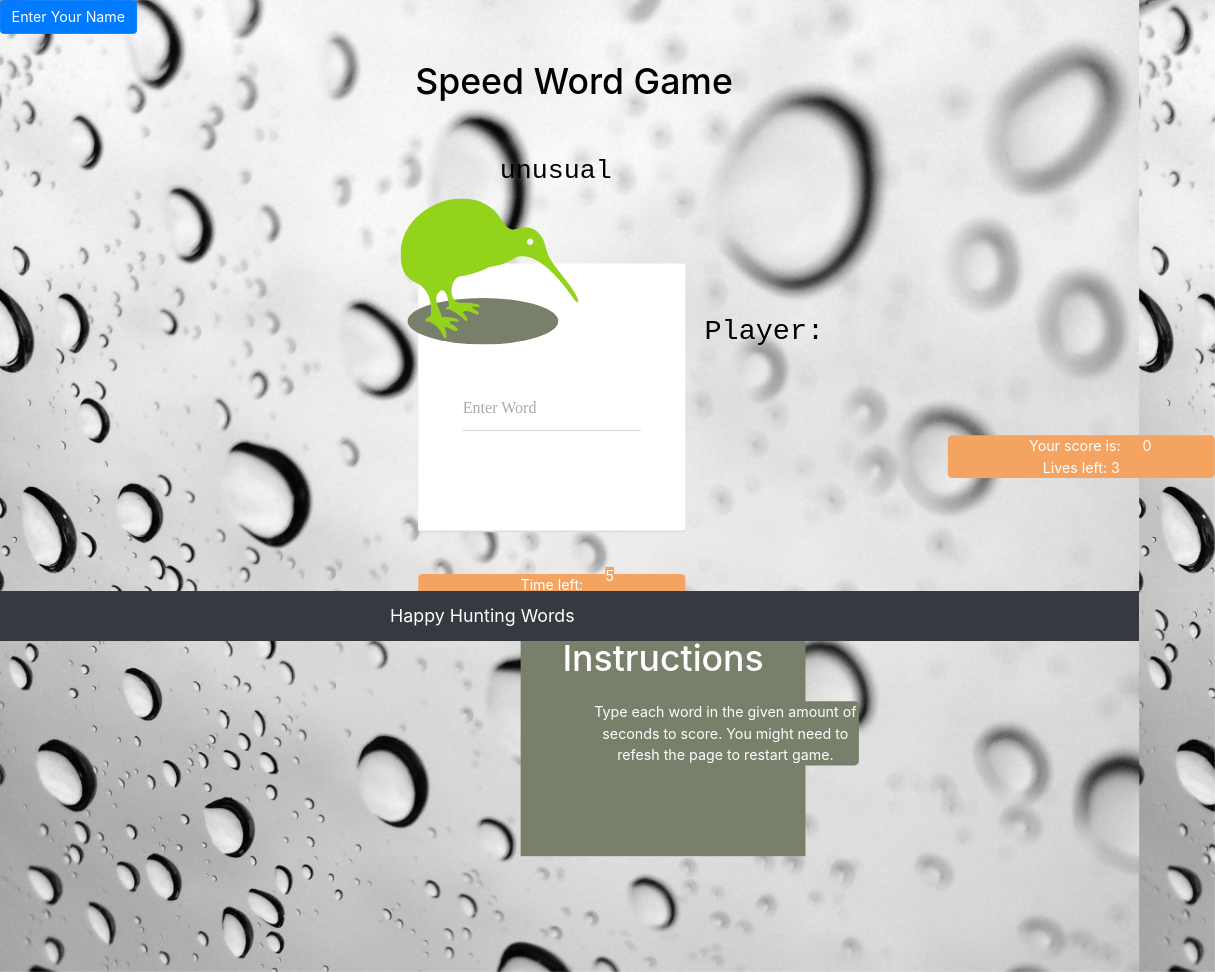
Repository: konstantin0s/word-game-project
Page: index.html
These files come from the project's save history. The page is drawn as it stood at one moment and after the next save; the edit follows.
The browser window is 1280 px wide. The page is 1365 px wide, so the pictures cover 1365 px, including what lies to the right of the window. The pictures show the whole page, at 89% of full size.
Backgrounds fixed to the window are drawn as part of the page. Some web libraries are served in a nearby version.

Above is the page before, as saved 2019-02-12 16:49:11.

### index.html
<!DOCTYPE html>
<html lang="en">

<head>

  <meta charset="utf-8">
  <meta name="viewport" content="width=device-width, initial-scale=1, shrink-to-fit=no">
  <meta name="description" content="">
  <meta name="author" content="">

  <title>Speed Word Game</title>
  <!-- <link rel="stylesheet" href="https://maxcdn.bootstrapcdn.com/bootstrap/3.4.0/css/bootstrap.min.css"> -->
  <script src="https://ajax.googleapis.com/ajax/libs/jquery/3.3.1/jquery.min.js"></script>
  <script src="https://maxcdn.bootstrapcdn.com/bootstrap/3.4.0/js/bootstrap.min.js"></script>
  <script src="https://cdnjs.cloudflare.com/ajax/libs/p5.js/0.7.3/p5.js"></script>
  <!-- Bootstrap core CSS -->
  <link href="vendor/bootstrap/css/bootstrap.min.css" rel="stylesheet">

  <!-- Custom styles for this template -->
  <link href="css/the-big-picture.css" rel="stylesheet">
  <link rel="stylesheet" href="css/style.css">

</head>

<body>

  <!-- Navigation -->
  <nav class="navbar navbar-expand-lg navbar-dark bg-dark fixed-bottom">
    <div class="container">
      <a class="navbar-brand" href="#">Happy Hunting Words</a>
      <button class="navbar-toggler" type="button" data-toggle="collapse" data-target="#navbarResponsive" aria-controls="navbarResponsive" aria-expanded="false" aria-label="Toggle navigation">
        <span class="navbar-toggler-icon"></span>
      </button>
      <div class="collapse navbar-collapse" id="navbarResponsive">
      </div>
    </div>
  </nav>



<!-- Button trigger modal -->
<button type="button" id="clearPlayer" class="btn btn-primary" data-toggle="modal" data-target="#exampleModalCenter">
    Enter Your Name
  </button>

  <!-- Modal -->
  <div class="modal fade" id="exampleModalCenter" tabindex="-1" role="dialog" aria-labelledby="exampleModalCenterTitle" aria-hidden="true">
    <div class="modal-dialog modal-dialog-centered" role="document">
      <div class="modal-content">
        <div class="modal-header">
          <h5 class="modal-title" id="exampleModalLongTitle">Player Name</h5>
          <button type="button" class="close" data-dismiss="modal" aria-label="Close">
            <span aria-hidden="true">&times;</span>
          </button>
        </div>
        <div class="modal-body">
            <h3 id="playerN">Enter Your Name</h3>
            <input id="name" onchange="say_hi()">
        </div>
      </div>
    </div>
  </div>

<h2 id="user">
  Player:
</h2>
<!--
<div class="newP">
    <h3 id="playerN">Enter Your Name</h3>
    <input id="name" onchange="say_hi()">
</div> -->


<div id="output"></div>

  <!-- Page Content -->
  <section>
    <div class="container">
      <div class="row">
        <div class="col-lg-6">
          <h1 class="mt-5">Speed Word Game</h1>
          <div id="wordsDisplay">

          </div>
          <div id="time">
           <p>Time left:</p> <span id="timeLeft"></span>
          </div>
          <div id="userDetails">
             Your score is: <span id="score">0</span><br>
             Lives left: <span id="lives">3</span>
          </div>
          <div class="wrapper">
            <input class="input" id="inputWord" onchange="compareGuess()" placeholder="Enter Word" type="text" >
            <span class="underline"></span>
        </div>
        </div>
      </div>
    </div>
  </section>

    <audio id="myTune">
      <!-- <source src="sounds/0283.ogg"> -->
      <!-- <source src="WhiteChristmas.ogg"> -->
    </audio>

   <p id="messageP"></p>
  <svg version="1.1" id="Layer_1" xmlns="http://www.w3.org/2000/svg" xmlns:xlink="http://www.w3.org/1999/xlink" x="0px" y="0px"
  width="612px" height="502.174px" viewBox="0 65.326 612 502.174" enable-background="new 0 65.326 612 502.174"
  xml:space="preserve" class="logo">

<ellipse class="ground" cx="283.5" cy="487.5" rx="259" ry="80"/>
<path class="kiwi" d="M210.333,65.331C104.367,66.105-12.349,150.637,1.056,276.449c4.303,40.393,18.533,63.704,52.171,79.03
 c36.307,16.544,57.022,54.556,50.406,112.954c-9.935,4.88-17.405,11.031-19.132,20.015c7.531-0.17,14.943-0.312,22.59,4.341
 c20.333,12.375,31.296,27.363,42.979,51.72c1.714,3.572,8.192,2.849,8.312-3.078c0.17-8.467-1.856-17.454-5.226-26.933
 c-2.955-8.313,3.059-7.985,6.917-6.106c6.399,3.115,16.334,9.43,30.39,13.098c5.392,1.407,5.995-3.877,5.224-6.991
 c-1.864-7.522-11.009-10.862-24.519-19.229c-4.82-2.984-0.927-9.736,5.168-8.351l20.234,2.415c3.359,0.763,4.555-6.114,0.882-7.875
 c-14.198-6.804-28.897-10.098-53.864-7.799c-11.617-29.265-29.811-61.617-15.674-81.681c12.639-17.938,31.216-20.74,39.147,43.489
 c-5.002,3.107-11.215,5.031-11.332,13.024c7.201-2.845,11.207-1.399,14.791,0c17.912,6.998,35.462,21.826,52.982,37.309
 c3.739,3.303,8.413-1.718,6.991-6.034c-2.138-6.494-8.053-10.659-14.791-20.016c-3.239-4.495,5.03-7.045,10.886-6.876
 c13.849,0.396,22.886,8.268,35.177,11.218c4.483,1.076,9.741-1.964,6.917-6.917c-3.472-6.085-13.015-9.124-19.18-13.413
 c-4.357-3.029-3.025-7.132,2.697-6.602c3.905,0.361,8.478,2.271,13.908,1.767c9.946-0.925,7.717-7.169-0.883-9.566
 c-19.036-5.304-39.891-6.311-61.665-5.225c-43.837-8.358-31.554-84.887,0-90.363c29.571-5.132,62.966-13.339,99.928-32.156
 c32.668-5.429,64.835-12.446,92.939-33.85c48.106-14.469,111.903,16.113,204.241,149.695c3.926,5.681,15.819,9.94,9.524-6.351
 c-15.893-41.125-68.176-93.328-92.13-132.085c-24.581-39.774-14.34-61.243-39.957-91.247
 c-21.326-24.978-47.502-25.803-77.339-17.365c-23.461,6.634-39.234-7.117-52.98-31.273C318.42,87.525,265.838,64.927,210.333,65.331
 z M445.731,203.01c6.12,0,11.112,4.919,11.112,11.038c0,6.119-4.994,11.111-11.112,11.111s-11.038-4.994-11.038-11.111
 C434.693,207.929,439.613,203.01,445.731,203.01z"/>
<filter id="pictureFilter" >
 <feGaussianBlur stdDeviation="15" />
</filter>
</svg>


<div class="instructions">
  <h1>Instructions</h1>
  <p>Type each word in the given amount of seconds to score.
    You might need to refesh the page to restart game.
  </p>
</div>

  <!-- Bootstrap core JavaScript -->
  <script src="vendor/jquery/jquery.min.js"></script>
  <script src="vendor/bootstrap/js/bootstrap.bundle.min.js"></script>
  <script src="js/main.js"></script>

</body>

</html>

### css/the-big-picture.css
/*!
 * Start Bootstrap - The Big Picture (https://startbootstrap.com/template-overviews/the-big-picture)
 * Copyright 2013-2019 Start Bootstrap
 * Licensed under MIT (https://github.com/BlackrockDigital/startbootstrap-the-big-picture/blob/master/LICENSE)
 */
body {
  background: url('../img/drop.jpg') no-repeat center center fixed;
  -webkit-background-size: cover;
  -moz-background-size: cover;
  background-size: cover;
  -o-background-size: cover;
}

### css/style.css
body {
  margin: 0;
  padding: 0;
  z-index: 40;
  overflow-x: hidden;
}

.container {
  display: flex;
  flex-direction: column;
  justify-content: center;

}
.mt-5 {
  color: black;
  text-align: center;
  position: relative;
  top: -30px;
  left: 290px;
}
.wrapper {
  background-color: #FFF;
  border-radius: 2px;
  box-shadow: 0px 2px 1px 0px #DDD;
  box-sizing: border-box;
  height: 300px;
  left: 550px;
  margin: -150px 0 0 -150px;
  position: absolute;
  top: 400px;
  width: 300px;

}

.input {
  background-color: transparent;
  border: none;
  border-bottom: 1px solid #CCC;
  color: #555;
  box-sizing: border-box;
  font-family: 'Arvo';
  font-size: 18px;
  height: 50px;
  left: 50%;
  margin: -25px 0 0 -100px;
  padding: 10px 0px;
  position: relative;
  top: 50%;
  width: 200px;

  &:focus {
    outline: none;
  }
}

input::-webkit-input-placeholder {
  color: #AAA;
}

input:focus::-webkit-input-placeholder {
  color: dodgerblue;
}

.input:focus+.underline {
  transform: scale(1);
}

.underline {
  background-color: dodgerblue;
  display: inline-block;
  height: 2px;
  left: 50px;
  margin-top: -4px;
  position: absolute;
  top: 185px;
  -webkit-transform: scale(0, 1);
  transform: scale(0, 1);
  -webkit-transition: all 0.5s linear;
  transition: all 0.5s linear;
  width: 202px;
}


font {
  color: white;
}

#wordsDisplay {
  position: relative;
  top: 20px;
  left: 387px;
  color: black;
  font-family: 'Courier New', Courier, monospace;
  font-size: 30px;
  width: 305px;
  text-align: center;
}
#userDetails {
  position: relative;
  top: 230px;
 float: right;
 /* left: 500px; */
 left: 740px;
  color: white;
  background-color: sandybrown;
  width: 300px;
  text-align: center;
  border-radius: 5px;
}

#score {
  position: relative;
  top: 0px;
  left: 20px;
  color: white;
  background-color: sandybrown;
}

#time {
  text-align: center;
}

 p {
  position: relative;
  top: 450px;
  left: 385px;
  color: white;
  background-color: sandybrown;
  width: 300px;
  border-radius: 5px;
 }

#timeLeft {
  position: relative;
  top: 400px;
  left: 330px;
  color: white;
  background-color: sandybrown;g
}

b {
  color: black;
  text-transform: capitalize;;
}

#user {
  position: relative;
  top: 350px;
  right: 350px;
  float: right;
  color: black;
  font: 33px;
  font-family: 'Courier New', Courier, monospace;
}

#output {
  position: relative;
  color: black;
  float: right;
  right: 250px;
  font-size:28px;
  top: 410px;
}

#playerN {
  color: black;
}

.newP {
  position: relative;
  left: 40px;
  top: 120px;
}

.navbar-brand {
  position: relative;
  left: -90px;
}


@import "compass/css3";

.logo {
  position: relative;
  width: 200px;
  height: 164px;
  left: 450px;
  top: -100px;
}

.kiwi {
  fill: #94d31b;

}
.kiwi:hover {
  fill: #ace63c;
}

.ground {
  fill: #787f6a;
}
.ground:hover {
  filter: url(#pictureFilter);
  fill: #896d3d;
}

#messageP {
  position: relative;
  top: -50px;
  width: 100px;
  left: 500px;
}

.instructions {
  background-color: #787f6a;
  width: 25%;
  height: 250px;
  color: white;
  position: relative;
  left: 580px;
  top: 220px;
  margin: 5px;
  text-align: center;
  margin-bottom: 350px;
}

.instructions p {
  background-color: #787f6a;
  position: relative;
  left: 80px;
  top: 20px;
  width: 1005;
  text-align: center;
}




#modalContainer {
	background-color:rgba(0, 0, 0, 0.3);
	position:absolute;
  top:0;
	width:100%;
	height:100%;
	left:0px;
	z-index:10000;
	background-image:url(tp.png); /* required by MSIE to prevent actions on lower z-index elements */
}

#alertBox {
	position:relative;
	width:33%;
	min-height:100px;
  max-height:400px;
	margin-top:50px;
	border:1px solid #fff;
	background-color:#fff;
	background-repeat:no-repeat;
  top:30%;
}

#modalContainer > #alertBox {
	position:fixed;
}

#alertBox h1 {
	margin:0;
	font:bold 1em Raleway,arial;
	background-color:#f97352;
  color:#FFF;
  text-align: center;
	border-bottom:1px solid #f97352;
	padding:10px 0 10px 5px;
}

#alertBox p {
	/* height:50px;
	padding-left:5px;
  padding-top:30px;
  text-align:center;
  vertical-align:middle; */
  visibility: hidden;
}

#alertBox #closeBtn {
	display:block;
	position:relative;
	margin:10px auto 10px auto;
  padding:7px;
	border:0 none;
	width:170px;
	text-transform:uppercase;
	text-align:center;
	color:#FFF;
	background-color:#f97352;
	border-radius: 0px;
	text-decoration:none;
  outline:0!important;
}

/* unrelated styles */

#mContainer {
  position:relative;
	width:600px;
	margin:auto;
	padding:5px;
	border-top:2px solid #fff;
	border-bottom:2px solid #fff;
}

h1,h2 {
	margin:0;
  padding:4px;
}

code {
	font-size:1.2em;
	color:#069;
}

#credits {
	position:relative;
	margin:25px auto 0px auto;
	width:350px;
	font:0.7em verdana;
	border-top:1px solid #000;
	border-bottom:1px solid #000;
	height:90px;
	padding-top:4px;
}

#credits img {
	float:left;
	margin:5px 10px 5px 0px;
	border:1px solid #000000;
	width:80px;
	height:79px;
}

.important {
	background-color:#F5FCC8;
	padding:2px;

}

@media (max-width: 600px)
{
  #alertBox {
	position:relative;
	width:90%;
  top:30%;
}

### js/main.js
function say_hi() {
  var name = document.getElementById('name').value;
  var html = '<b>' + name + '</b> ';
 document.getElementById('output').innerHTML = html;
}

function clearPlayer() {
  document.getElementById("name").value = "";
  var input = document.getElementById("name");
  input.style.visibility = "hidden";
  var playerN = document.getElementById("playerN");
  playerN.style.visibility = "hidden";
  var clearPlayer = document.getElementById("clearPlayer");
  clearPlayer.style.visibility = "hidden";
  var exampleModalCenter = document.getElementById("exampleModalCenter");
  exampleModalCenter.style.visibility = "none";
}

  (function() {
    setInterval(function(){
      clearPlayer();
    }, 10000);
}());

// document.getElementById('say').addEventListener('click', say_hi);

// {
//   var name = prompt ('Your name','');
//   if (name != null) {
//     document.write("<CENTER><FONT FACE=ARIAdL,VERDANA COLOR="+" SIZE=5>Welcome To Word Game, "+name+".</FONT><HR NOSHADE WIDTH=450></CENTER><P>")
//   } else {
//     document.write("<CENTER><FONT FACE=ARIAdL,VERDANA COLOR="+" SIZE=5>Welcome, Guest "+name+".</FONT><HR NOSHADE WIDTH=450></CENTER><P>")
//   }

//   }

  //words array


  //random function
  // function newWord() {
  //   var randomNum = Math.floor(Math.random() * words.length);
  //   document.getElementById('wordsDisplay').innerHTML = words[randomNum];
  //   console.log(randomNum);
  // }


function cancelLevel1() {
  if (score == 10) {
  }
  return;
}

  var wordGeneratorLevel1 = function() {
    setInterval(function(){
      generate();
    }, 5000);
    timer();
    cancelLevel1();
  }

  function wordGeneratorLevel2() {
    setInterval(function(){
      generateLevel2()
    }, 5000);
    timer();
}

  var wordsLevel1 = [
    "clever", "amongst", "implementing", "intelectual", "sensual", "amazing", "beautify", "project", "tall",
"curl", "rate", "busy", "unusual", "extend", "exclusive", "ray", "shy", "wasteful", "unbecoming", "fallacious",
"toothbrush", "bounce"
     ];

     var wordsLevel2 = [
      "jackhammer",
     "brightwork", "verkrampte", "protectrix", "nudibranch", "grandchild", "newfangled", "flugelhorn", "mythologer",
     "pluperfect", "jellygraph", "quickthorn", "rottweiler", "technician", "cowpuncher", "middlebrow",
     "jackhammer", "triphthong", "wunderkind", "dazzlement", "jabberwock", "witchcraft","pawnbroker", "thumbprint", "motorcycle"
       ];

       const levels = [3, 5, 7];

  var randomDiv = document.getElementById("wordsDisplay");
  var addScore = document.getElementById("score");
  var freshLives = document.getElementById("lives");
  var timeLeft = document.getElementById("timeLeft");
  var svgLogo = document.getElementById("Layer_1");
   var messagePlayer = document.getElementById("messageP");
  var randomIndex;
  var newText;
  var score = 0;
  var lives = 3;
  var seconds = 5;


  function flashLogo() {
    var interval = window.setInterval(function(){
      if(svgLogo.display == 'hidden'){
        svgLogo.style.visibility = 'visible';
      }else{
        svgLogo.style.visibility = 'hidden';
      }
  }, 1000); //the 1000 here is milliseconds and determines how often the interval should be run.
  }

var timer = function() {
  setInterval(function(){
    seconds--;
    timeLeft.innerHTML = seconds;
    if (seconds == 0) {
      seconds = 5;
      timeLeft.innerHTML = seconds;
    }
}, 1000);
}

  function generate() {
   randomIndex = Math.ceil((Math.random() * wordsLevel1.length - 1));
   newText = wordsLevel1[randomIndex];
   randomDiv.innerHTML = newText;

  }

  function generateLevel2() {
    randomIndex = Math.ceil((Math.random() * wordsLevel2.length - 1));
    newText = wordsLevel2[randomIndex];
    randomDiv.innerHTML = newText;
   }

  //  wordGeneratorLevel1();

  function compareGuess() {
    var flag = false;
    var searchWord = document.getElementById("inputWord").value;
    var wordName = document.getElementById("wordsDisplay");
         if (searchWord != wordName.innerHTML && searchWord == "") {
           console.log("Game over");
         }

         if (searchWord == wordName.innerHTML) {
          wordName.style.height = "40px";
           wordName.style.backgroundColor = "yellow";
           score++;
           addScore.textContent = score;
           if (score == 10) {
            flashLogo();
            messagePlayer.innerHTML = "I'm Outta Here :)";
           }
           clearInterval(timer);
           setInterval(function(){
            wordName.style.backgroundColor = "";
          }, 1500);
          resetInput();
             flag = true;
         } else {
           wordName.style.backgroundColor = "";
         }

         if(flag == false) {
          lives--;
          freshLives.innerHTML = lives;
          resetInput();
      } if (lives == 0) {
        alert("Game Over");
        score = 0;
        addScore.textContent = "0"
        resetInput();
        lives = 3;
        freshLives.innerHTML = lives;
      }
     }


 function resetInput() {
  document.getElementById("inputWord").value = "";
  }


  function init() {
    wordGeneratorLevel1();

   }


 window.onload = init;


 //game Over pop UP
 var ALERT_TITLE = "Game Over!";
var ALERT_BUTTON_TEXT = "Restart";

if(document.getElementById) {
	window.alert = function(txt) {
		createCustomAlert(txt);
	}
}

function createCustomAlert(txt) {
	d = document;

	if(d.getElementById("modalContainer")) return;

	mObj = d.getElementsByTagName("body")[0].appendChild(d.createElement("div"));
	mObj.id = "modalContainer";
	mObj.style.height = d.documentElement.scrollHeight + "px";

	alertObj = mObj.appendChild(d.createElement("div"));
	alertObj.id = "alertBox";
	if(d.all && !window.opera) alertObj.style.top = document.documentElement.scrollTop + "px";
	alertObj.style.left = (d.documentElement.scrollWidth - alertObj.offsetWidth)/2 + "px";
	alertObj.style.visiblity="visible";

	h1 = alertObj.appendChild(d.createElement("h1"));
	h1.appendChild(d.createTextNode(ALERT_TITLE));

	msg = alertObj.appendChild(d.createElement("p"));
	//msg.appendChild(d.createTextNode(txt));
	msg.innerHTML = txt;

	btn = alertObj.appendChild(d.createElement("a"));
	btn.id = "closeBtn";
	btn.appendChild(d.createTextNode(ALERT_BUTTON_TEXT));
	btn.href = "#";
	btn.focus();
	btn.onclick = function() {
    clearInterval(timer);
    // isPlaying = true;
    // seconds = 6;
    // timeLeft.innerHTML = seconds;
    removeCustomAlert();return false; }

	alertObj.style.display = "block";

}

function removeCustomAlert() {
	document.getElementsByTagName("body")[0].removeChild(document.getElementById("modalContainer"));
}
function ful(){
alert('Alert this pages');
}

Loaded but not shown: vendor/bootstrap/css/bootstrap.min.css (library); vendor/jquery/jquery.min.js (library); vendor/bootstrap/js/bootstrap.bundle.min.js (library)

After the next save:
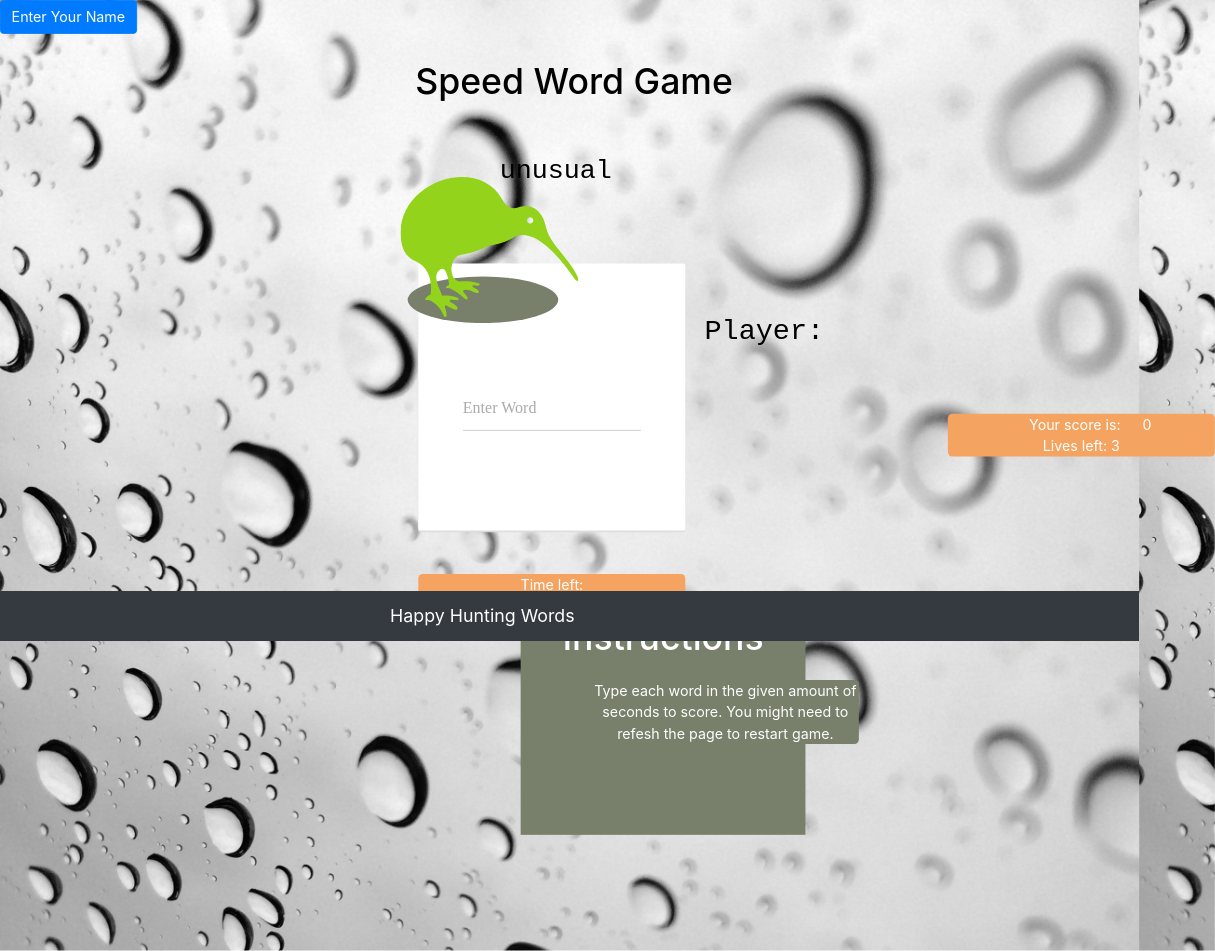
Saved 58 s later.
--- a/js/main.js
+++ b/js/main.js
@@ -55,8 +55,8 @@
     setInterval(function(){
       generate();
     }, 5000);
-    timer();
-    cancelLevel1();
+    // timer();
+    // cancelLevel1();
   }
 
   function wordGeneratorLevel2() {

After the save that followed:
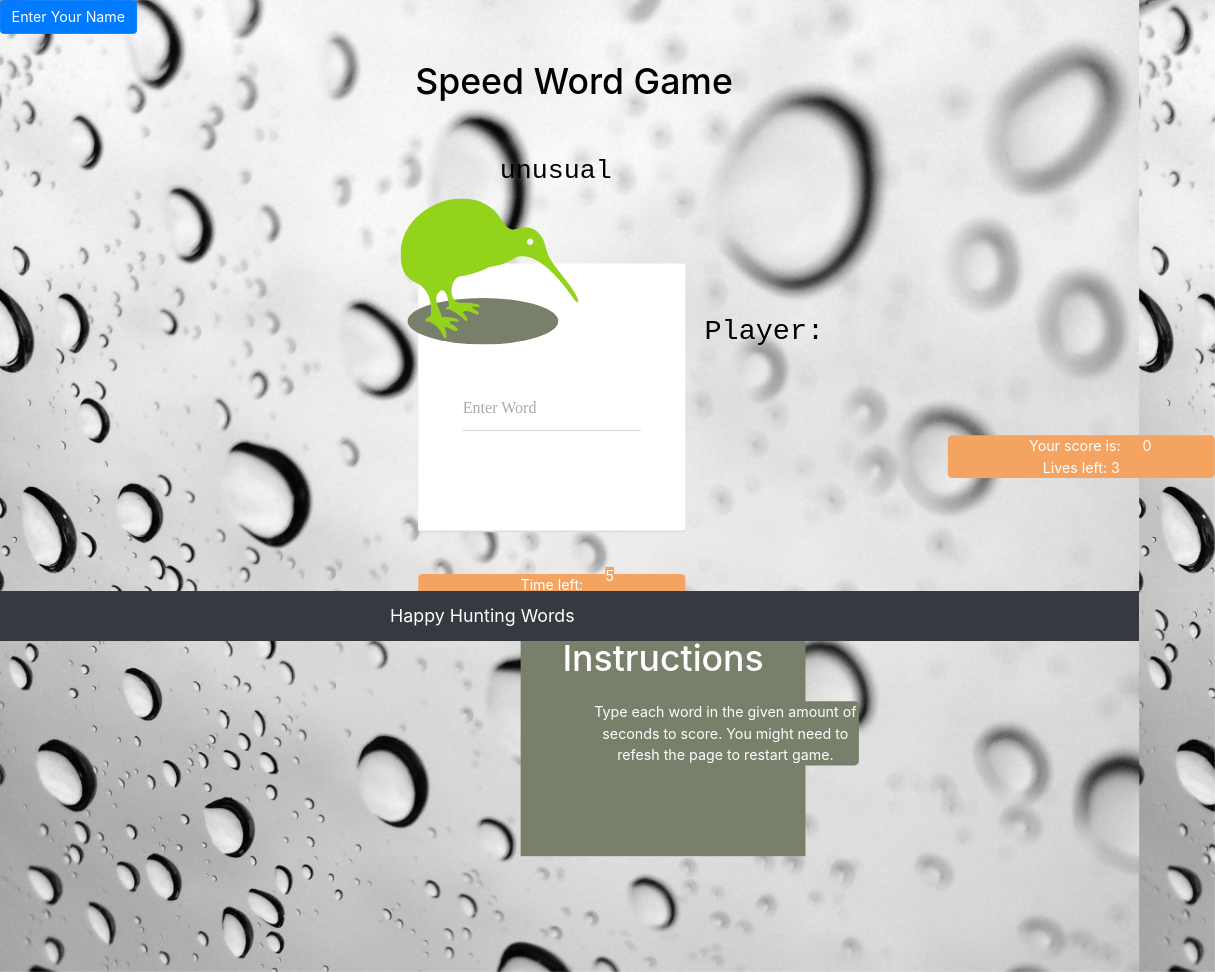
Saved 9 s later.
--- a/js/main.js
+++ b/js/main.js
@@ -55,8 +55,8 @@
     setInterval(function(){
       generate();
     }, 5000);
-    // timer();
-    // cancelLevel1();
+    timer();
+    cancelLevel1();
   }
 
   function wordGeneratorLevel2() {
